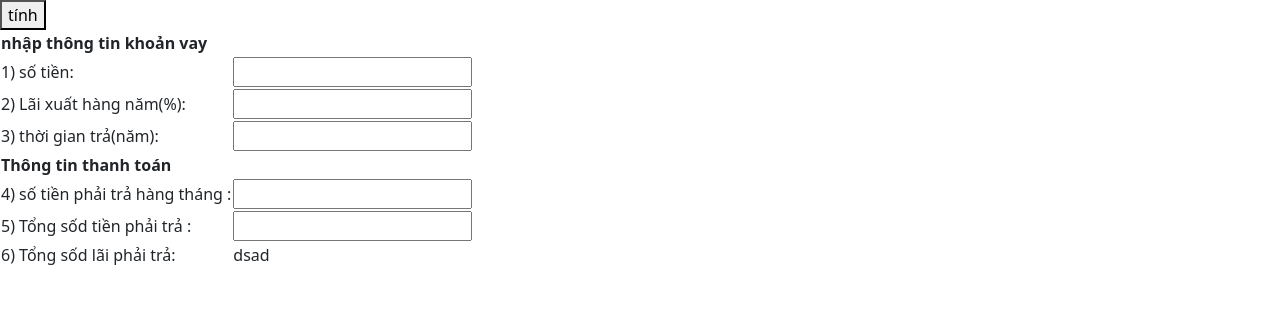
Repository: Lehuyhuynh/DOM
Page: BT2/index.html
The author's editor kept a copy of each file at every save. The page is drawn from the files as they stood at one save, then again after the next save.
The browser window is 1280 px wide. The pictures show the whole page.

Above is the page before, as saved 2023-08-31 17:23:28.

After the next save:
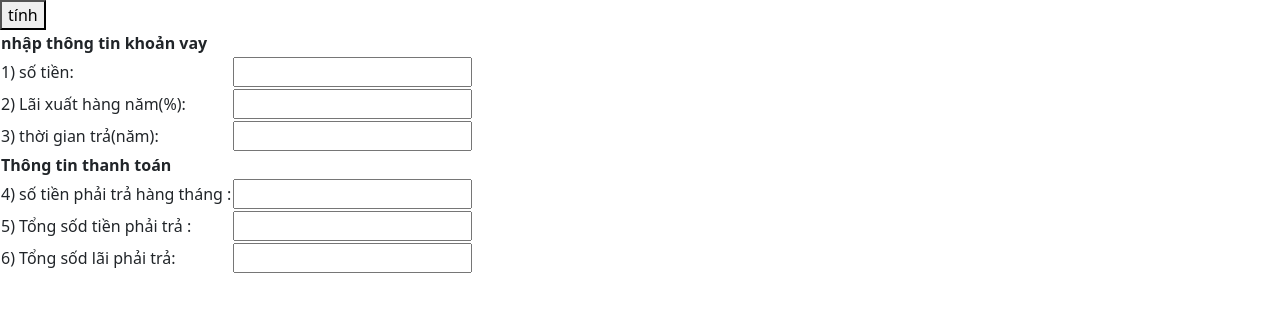
Saved 8 s later.
--- a/BT2/index.html
+++ b/BT2/index.html
@@ -45,7 +45,7 @@
     </tr>
     <tr>
       <td><label for="">6) Tổng sốd lãi phải trả:</label></td>
-      <td>dsad</td>
+      <td><input type="text"></td>
     </tr>
 
 
